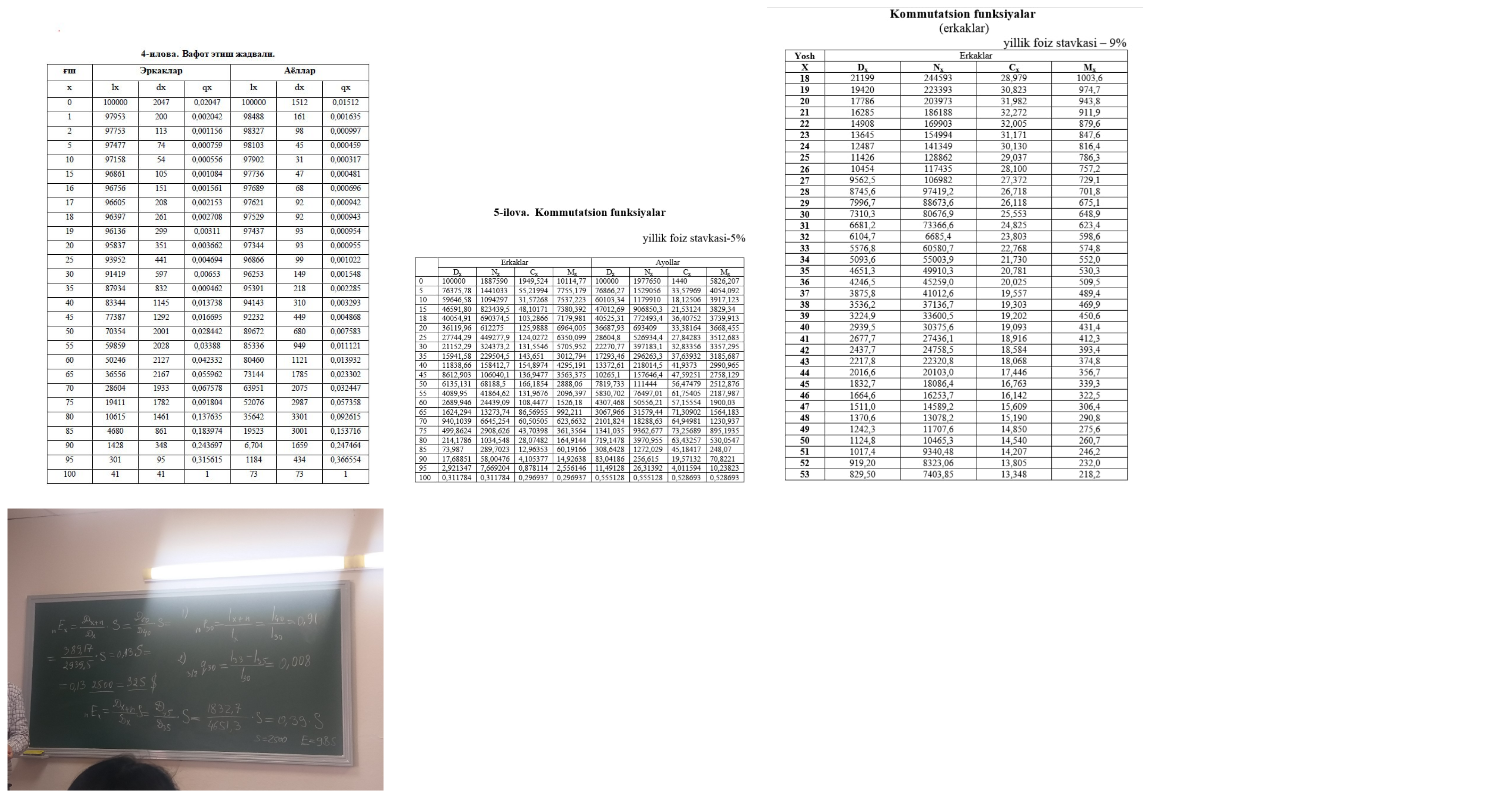
Repository: Ikromkhurozov/exam-inst
Page: index.html
These files come from the project's save history. The page is drawn as it stood at one moment and after a run of saves; the edit follows.
The browser window is 1280 px wide. The page is 1280 px wide, then 1608 px, so the pictures cover 1608 px, including what lies to the right of the window. The pictures show the whole page, at 94% of full size.

Above is the page before, as saved 2023-05-25 12:17:26.

After the next 4 saves:
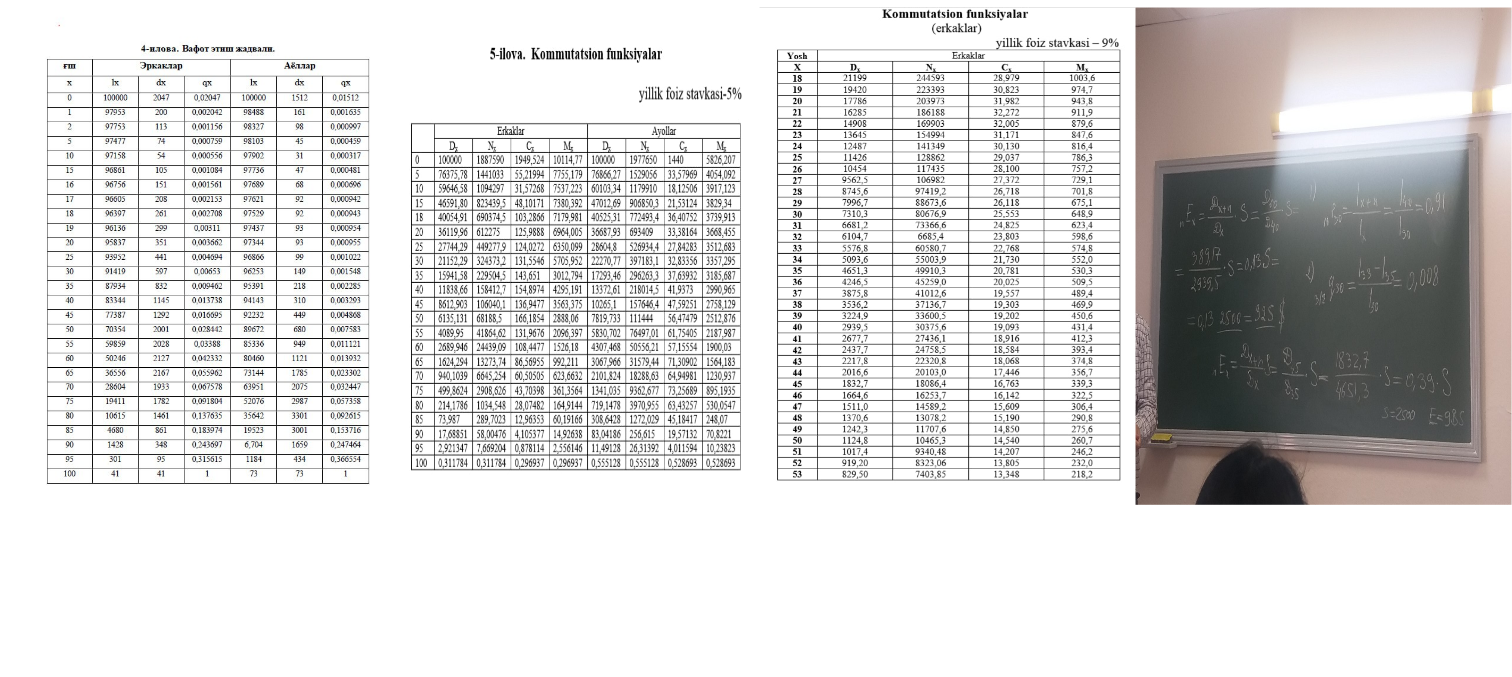
The 4 saves are shown as one change because they came seconds apart.
The last was saved 23 s later.
--- a/index.html
+++ b/index.html
@@ -7,6 +7,11 @@
   <title>Document</title>
 
   <style>
+
+    body{
+      display: flex;
+
+    }
 
     img{
       width: 400px;
